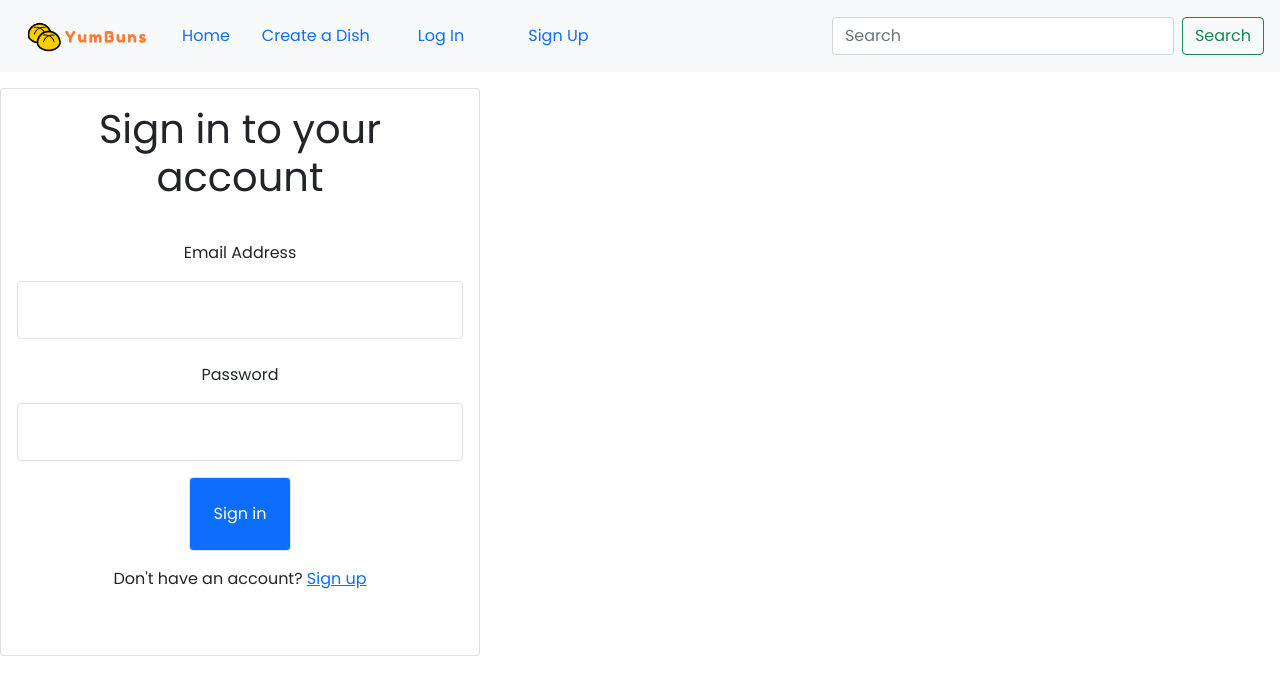
Repository: mottad14/yumBuns
Page: /login (app in client/)
These files come from the project's save history. The page is drawn as it stood at one moment and after the next save; the edit follows.
The browser window is 1280 px wide. The pictures show the whole page.
Some web fonts or font styles are not loaded; a fallback is used. The project was rebuilt for these pictures with package versions that can differ from the ones it lists, and the page was loaded fresh each time. Also part of the build but not shown: client/src/components/RecipePreview.js, client/src/views/Main.js, client/src/views/Create.js, client/src/views/Recipe.js, client/src/components/SubscribePop.css, client/src/components/SignUp.jsx, client/src/components/SubscribePop.js.

Above is the page before, as saved 2022-07-29 11:18:29.

After the next save:
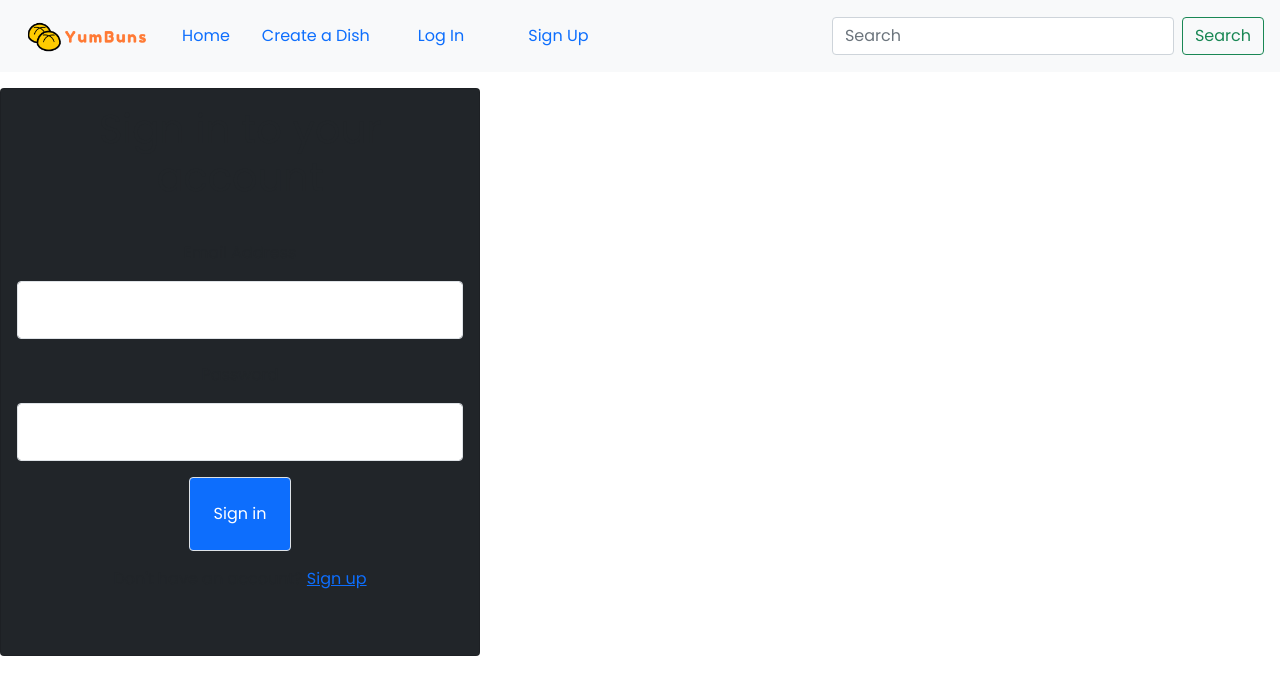
Saved 118 s later.
--- a/client/src/views/Login.js
+++ b/client/src/views/Login.js
@@ -24,7 +24,7 @@
   }
 
   return (
-    <Card className="text-center" style={{ width: '30rem' }}>
+    <Card className="text-center bg-dark" style={{ width: '30rem' }}>
       <Card.Body className='text-center mb-4'>
               <h1 className='text-center mb-4'>Sign in to your account</h1>
 

After the save that followed:
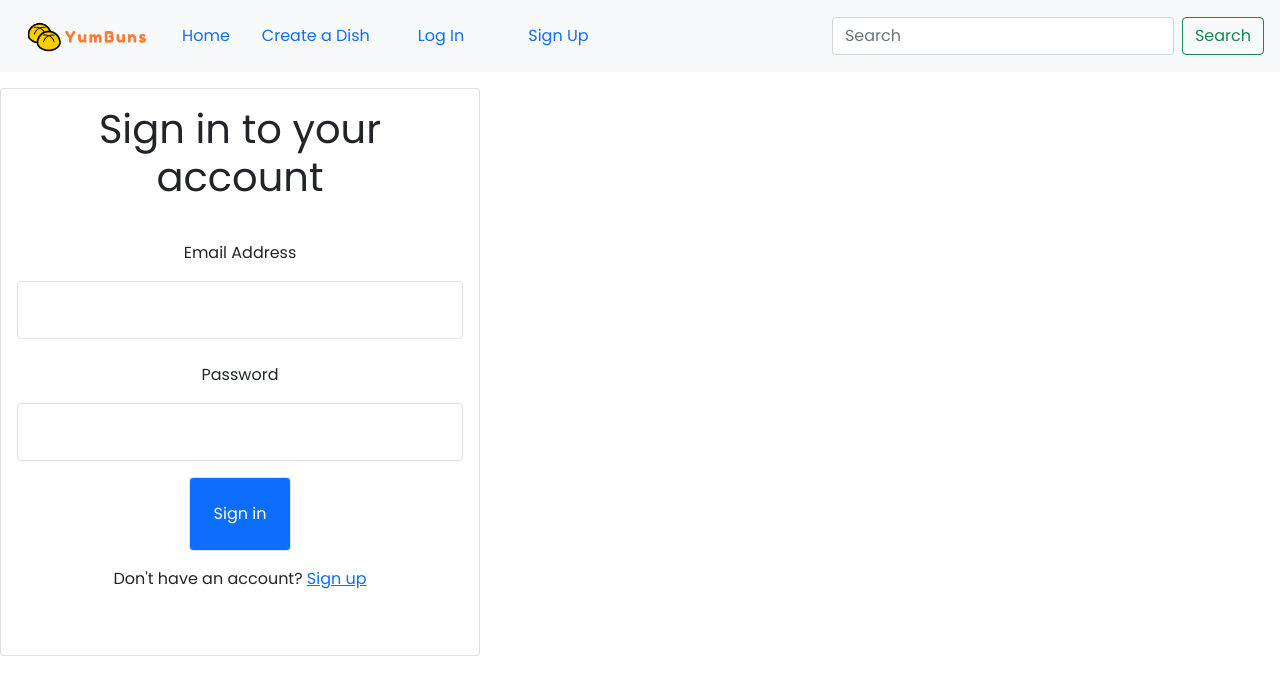
Saved 4 s later.
--- a/client/src/views/Login.js
+++ b/client/src/views/Login.js
@@ -24,7 +24,7 @@
   }
 
   return (
-    <Card className="text-center bg-dark" style={{ width: '30rem' }}>
+    <Card className="text-center bg-white" style={{ width: '30rem' }}>
       <Card.Body className='text-center mb-4'>
               <h1 className='text-center mb-4'>Sign in to your account</h1>
 
